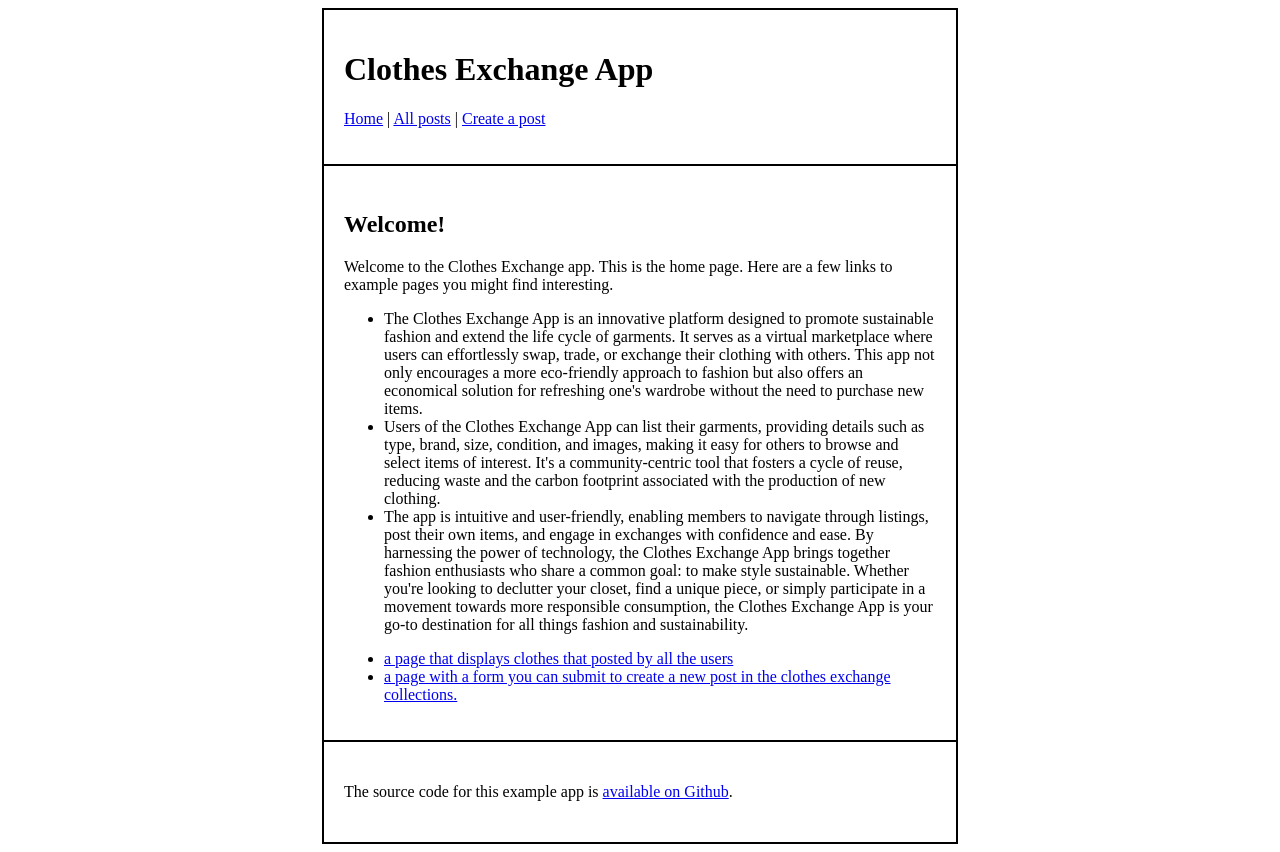
Repository: dbdesign-students-spring2024/7-web-app-dianachen1013
Page: http://localhost/
The author's editor kept a copy of each file at every save. The page is drawn from the files as they stood at one save, then again after the next save.
The browser window is 1280 px wide. The pictures show the whole page.
The page is served by the project's application, run on Flask 3 (app.py).

Above is the page before, as saved 2024-04-15 17:39:37.

### templates/index.html
{% extends 'base.html' %}

{% block container %}
<h2>Welcome!</h2>
<p>Welcome to the Clothes Exchange app. This is the home page. Here are a few links to example pages you might find interesting.


    <ul>
        <li>The Clothes Exchange App is an innovative platform designed to promote sustainable fashion and extend the life cycle of garments. It serves as a virtual marketplace where users can effortlessly swap, trade, or exchange their clothing with others. This app not only encourages a more eco-friendly approach to fashion but also offers an economical solution for refreshing one's wardrobe without the need to purchase new items.</li>
        <li>Users of the Clothes Exchange App can list their garments, providing details such as type, brand, size, condition, and images, making it easy for others to browse and select items of interest. It's a community-centric tool that fosters a cycle of reuse, reducing waste and the carbon footprint associated with the production of new clothing.</li>
        <li>The app is intuitive and user-friendly, enabling members to navigate through listings, post their own items, and engage in exchanges with confidence and ease. By harnessing the power of technology, the Clothes Exchange App brings together fashion enthusiasts who share a common goal: to make style sustainable. Whether you're looking to declutter your closet, find a unique piece, or simply participate in a movement towards more responsible consumption, the Clothes Exchange App is your go-to destination for all things fashion and sustainability.</li>
    </ul>
    <ul>
        <li><a href="{{ url_for('read')}}">a page that displays clothes that posted by all the users</a></li>
        <li><a href="{{ url_for('create')}}">a page with a form you can submit to create a new post in the clothes exchange collections.</a></li>
    </ul>
</p>
{% endblock %}

### templates/base.html
<!DOCTYPE html>
<html>
  <head>
    <title>Clothes Exchange App</title>
    <link
      rel="stylesheet"
      href="{{ url_for('static', filename='css/style.css') }}"
    />
  </head>
  <body>
    <div class="container">
      <header>
        <h1>Clothes Exchange App</h1>
        <p>
          <a href="{{ url_for('home')}}">Home</a> |
          <a href="{{ url_for('read')}}">All posts</a> |
          <a href="{{ url_for('create')}}">Create a post</a>
        </p>
      </header>
      <main>{% block container %} {% endblock %}</main>
      <footer>
        <p>
          The source code for this example app is
          <a href="https://github.com/nyu-database-design/flask-mongodb-web-app"
            >available on Github</a
          >.
        </p>
      </footer>
    </div>
  </body>
</html>

### app.py
#!/usr/bin/env python3

import os
import sys
import subprocess
import datetime

from flask import Flask, render_template, request, redirect, url_for, make_response

# import logging
import sentry_sdk
from sentry_sdk.integrations.flask import (
    FlaskIntegration,
)  # delete this if not using sentry.io

# from markupsafe import escape
import pymongo
from pymongo.errors import ConnectionFailure
from bson.objectid import ObjectId
from dotenv import load_dotenv

# load credentials and configuration options from .env file
# if you do not yet have a file named .env, make one based on the template in env.example
load_dotenv(override=True)  # take environment variables from .env.

# initialize Sentry for help debugging... this requires an account on sentrio.io
# you will need to set the SENTRY_DSN environment variable to the value provided by Sentry
# delete this if not using sentry.io
sentry_sdk.init(
    dsn=os.getenv("SENTRY_DSN"),
    # enable_tracing=True,
    # Set traces_sample_rate to 1.0 to capture 100% of transactions for performance monitoring.
    traces_sample_rate=1.0,
    # Set profiles_sample_rate to 1.0 to profile 100% of sampled transactions.
    # We recommend adjusting this value in production.
    integrations=[FlaskIntegration()],
    send_default_pii=True,
)

# instantiate the app using sentry for debugging
app = Flask(__name__)

# # turn on debugging if in development mode
# app.debug = True if os.getenv("FLASK_ENV", "development") == "development" else False

# try to connect to the database, and quit if it doesn't work
try:
    cxn = pymongo.MongoClient(os.getenv("MONGO_URI"))
    db = cxn[os.getenv("MONGO_DBNAME")]  # store a reference to the selected database

    # verify the connection works by pinging the database
    cxn.admin.command("ping")  # The ping command is cheap and does not require auth.
    print(" * Connected to MongoDB!")  # if we get here, the connection worked!
except ConnectionFailure as e:
    # catch any database errors
    # the ping command failed, so the connection is not available.
    print(" * MongoDB connection error:", e)  # debug
    sentry_sdk.capture_exception(e)  # send the error to sentry.io. delete if not using
    sys.exit(1)  # this is a catastrophic error, so no reason to continue to live


# set up the routes


@app.route("/")
def home():
    """
    Route for the home page.
    Simply returns to the browser the content of the index.html file located in the templates folder.
    """
    return render_template("index.html")


@app.route("/read")
def read():
    """
    Route for GET requests to the read page.
    Displays some information for the user with links to other pages.
    """
    docs = db.exampleapp.find({}).sort(
        "created_at", -1
    )  # sort in descending order of created_at timestamp
    return render_template("read.html", docs=docs)  # render the read template


@app.route("/create")
def create():
    """
    Route for GET requests to the create page.
    Displays a form users can fill out to create a new document.
    """
    return render_template("create.html")  # render the create template


@app.route("/create", methods=["POST"])
def create_post():
    """
    Route for POST requests to the create page.
    Accepts the form submission data for a new document and saves the document to the database.
    """
    name = request.form["fname"]
    message = request.form["fmessage"]

    # create a new document with the data the user entered
    doc = {"name": name, "message": message, "created_at": datetime.datetime.utcnow()}
    db.exampleapp.insert_one(doc)  # insert a new document

    return redirect(
        url_for("read")
    )  # tell the browser to make a request for the /read route


@app.route("/edit/<mongoid>")
def edit(mongoid):
    """
    Route for GET requests to the edit page.
    Displays a form users can fill out to edit an existing record.

    Parameters:
    mongoid (str): The MongoDB ObjectId of the record to be edited.
    """
    doc = db.exampleapp.find_one({"_id": ObjectId(mongoid)})
    return render_template(
        "edit.html", mongoid=mongoid, doc=doc
    )  # render the edit template


@app.route("/edit/<mongoid>", methods=["POST"])
def edit_post(mongoid):
    """
    Route for POST requests to the edit page.
    Accepts the form submission data for the specified document and updates the document in the database.

    Parameters:
    mongoid (str): The MongoDB ObjectId of the record to be edited.
    """
    name = request.form["fname"]
    message = request.form["fmessage"]

    doc = {
        # "_id": ObjectId(mongoid),
        "name": name,
        "message": message,
        "created_at": datetime.datetime.utcnow(),
    }

    db.exampleapp.update_one(
        {"_id": ObjectId(mongoid)}, {"$set": doc}  # match criteria
    )

    return redirect(
        url_for("read")
    )  # tell the browser to make a request for the /read route


@app.route("/delete/<mongoid>")
def delete(mongoid):
    """
    Route for GET requests to the delete page.
    Deletes the specified record from the database, and then redirects the browser to the read page.

    Parameters:
    mongoid (str): The MongoDB ObjectId of the record to be deleted.
    """
    db.exampleapp.delete_one({"_id": ObjectId(mongoid)})
    return redirect(
        url_for("read")
    )  # tell the web browser to make a request for the /read route.


@app.route("/webhook", methods=["POST"])
def webhook():
    """
    GitHub can be configured such that each time a push is made to a repository, GitHub will make a request to a particular web URL... this is called a webhook.
    This function is set up such that if the /webhook route is requested, Python will execute a git pull command from the command line to update this app's codebase.
    You will need to configure your own repository to have a webhook that requests this route in GitHub's settings.
    Note that this webhook does do any verification that the request is coming from GitHub... this should be added in a production environment.
    """
    # run a git pull command
    process = subprocess.Popen(["git", "pull"], stdout=subprocess.PIPE)
    pull_output = process.communicate()[0]
    # pull_output = str(pull_output).strip() # remove whitespace
    process = subprocess.Popen(["chmod", "a+x", "flask.cgi"], stdout=subprocess.PIPE)
    chmod_output = process.communicate()[0]
    # send a success response
    response = make_response(f"output: {pull_output}", 200)
    response.mimetype = "text/plain"
    return response


@app.errorhandler(Exception)
def handle_error(e):
    """
    Output any errors - good for debugging.
    """
    return render_template("error.html", error=e)  # render the edit template


# run the app
if __name__ == "__main__":
    # logging.basicConfig(filename="./flask_error.log", level=logging.DEBUG)
    app.run(load_dotenv=True)

### static/css/style.css
.container {
  border: 2px solid;
  width: 50%;
  margin: 0 auto;
}

header,
footer,
main {
  padding: 20px;
}

header,
main {
  border-bottom: 2px solid;
  margin-bottom: 5px;
}

p.post {
  font-size: 12px;
}

footer {
  margin-bottom: 5px;
}

After the next save:
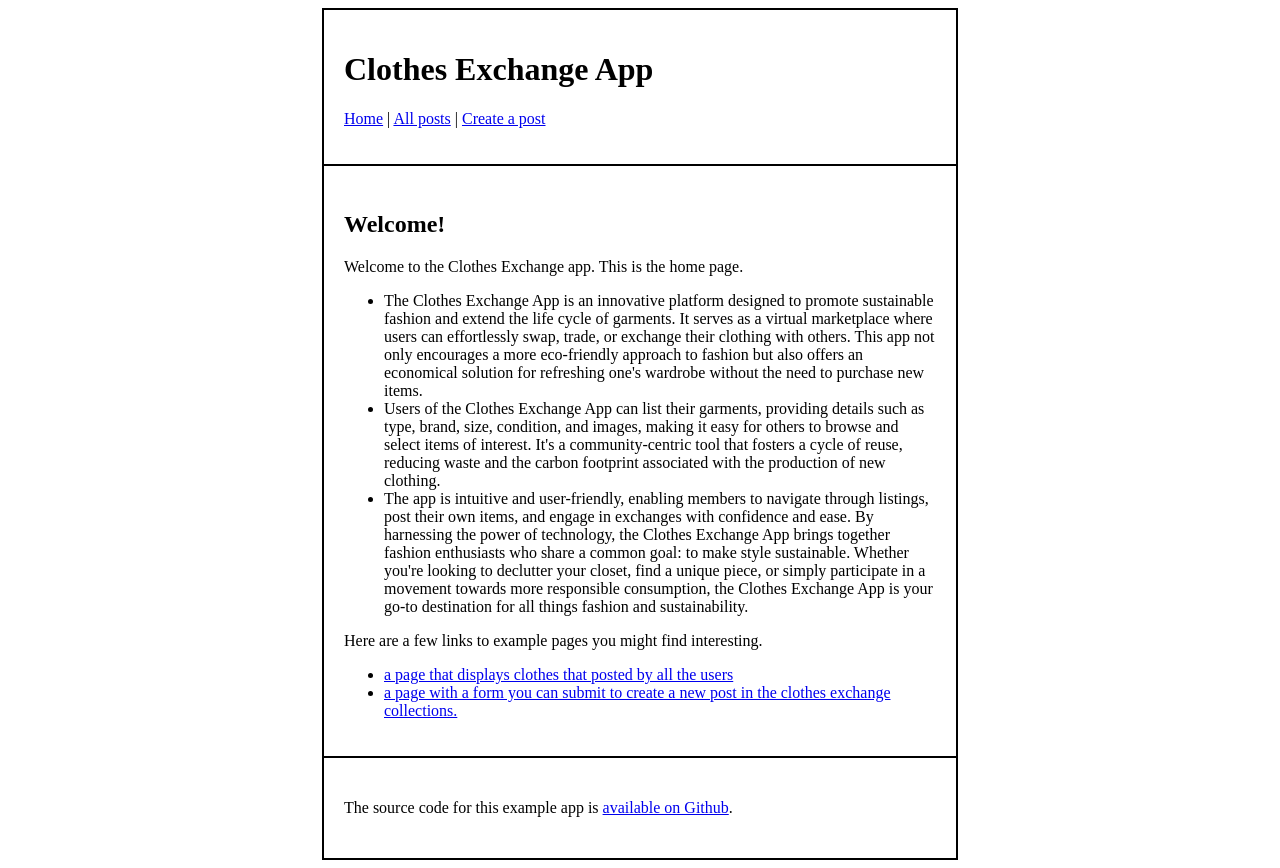
Saved 48 s later.
--- a/templates/index.html
+++ b/templates/index.html
@@ -2,7 +2,7 @@
 
 {% block container %}
 <h2>Welcome!</h2>
-<p>Welcome to the Clothes Exchange app. This is the home page. Here are a few links to example pages you might find interesting.
+<p>Welcome to the Clothes Exchange app. This is the home page.
 
 
     <ul>
@@ -10,6 +10,7 @@
         <li>Users of the Clothes Exchange App can list their garments, providing details such as type, brand, size, condition, and images, making it easy for others to browse and select items of interest. It's a community-centric tool that fosters a cycle of reuse, reducing waste and the carbon footprint associated with the production of new clothing.</li>
         <li>The app is intuitive and user-friendly, enabling members to navigate through listings, post their own items, and engage in exchanges with confidence and ease. By harnessing the power of technology, the Clothes Exchange App brings together fashion enthusiasts who share a common goal: to make style sustainable. Whether you're looking to declutter your closet, find a unique piece, or simply participate in a movement towards more responsible consumption, the Clothes Exchange App is your go-to destination for all things fashion and sustainability.</li>
     </ul>
+    Here are a few links to example pages you might find interesting.
     <ul>
         <li><a href="{{ url_for('read')}}">a page that displays clothes that posted by all the users</a></li>
         <li><a href="{{ url_for('create')}}">a page with a form you can submit to create a new post in the clothes exchange collections.</a></li>
